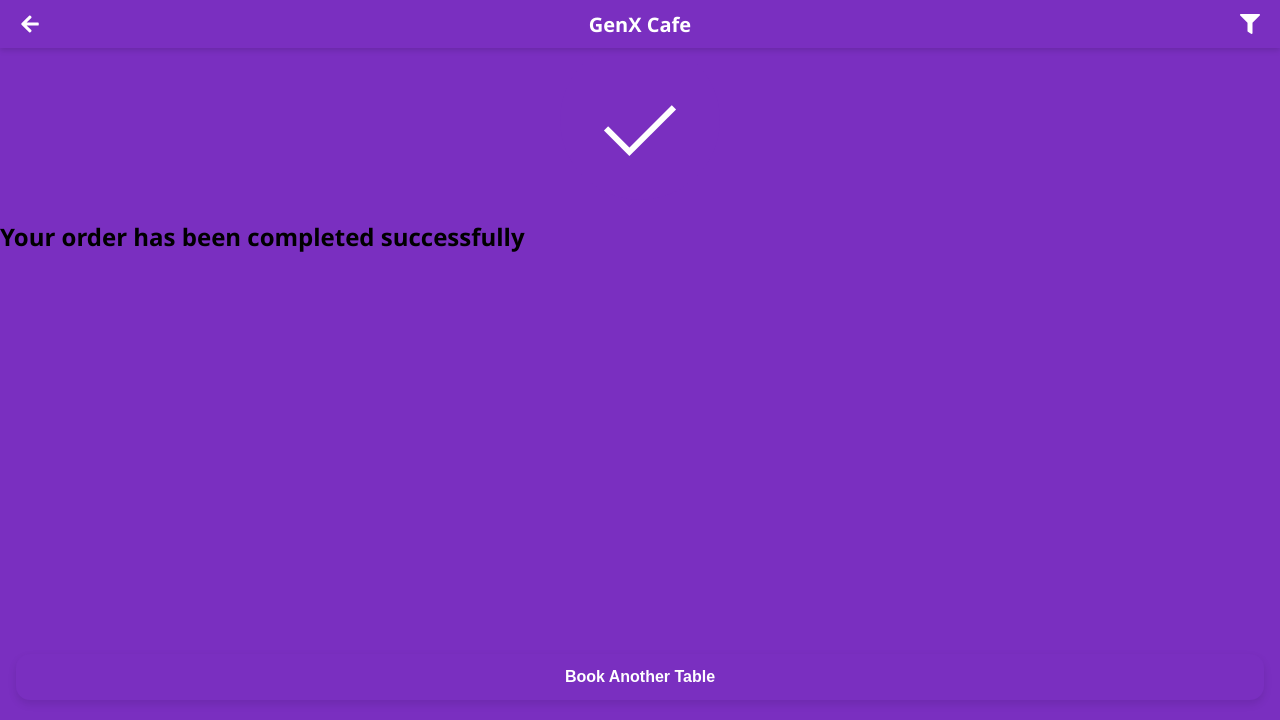
Repository: rajeshwaranslv/sturdy-spork-genx-frontend
Page: /success
An editor plug-in stored every save of this project. The page is shown before and after the next save, followed by the edit.
The browser window is 1280 px wide. The pictures show the whole page.
The project was rebuilt for these pictures with package versions that can differ from the ones it lists, and the page was loaded fresh each time. Also part of the build but not shown: src/components/TableSelection.js, src/components/menu.css, src/components/MenuSelection.js, src/components/order.css, src/components/OrderReview.js, src/components/Billing.js.

Above is the page before, as saved 2025-07-16 17:15:53.

After the next save:
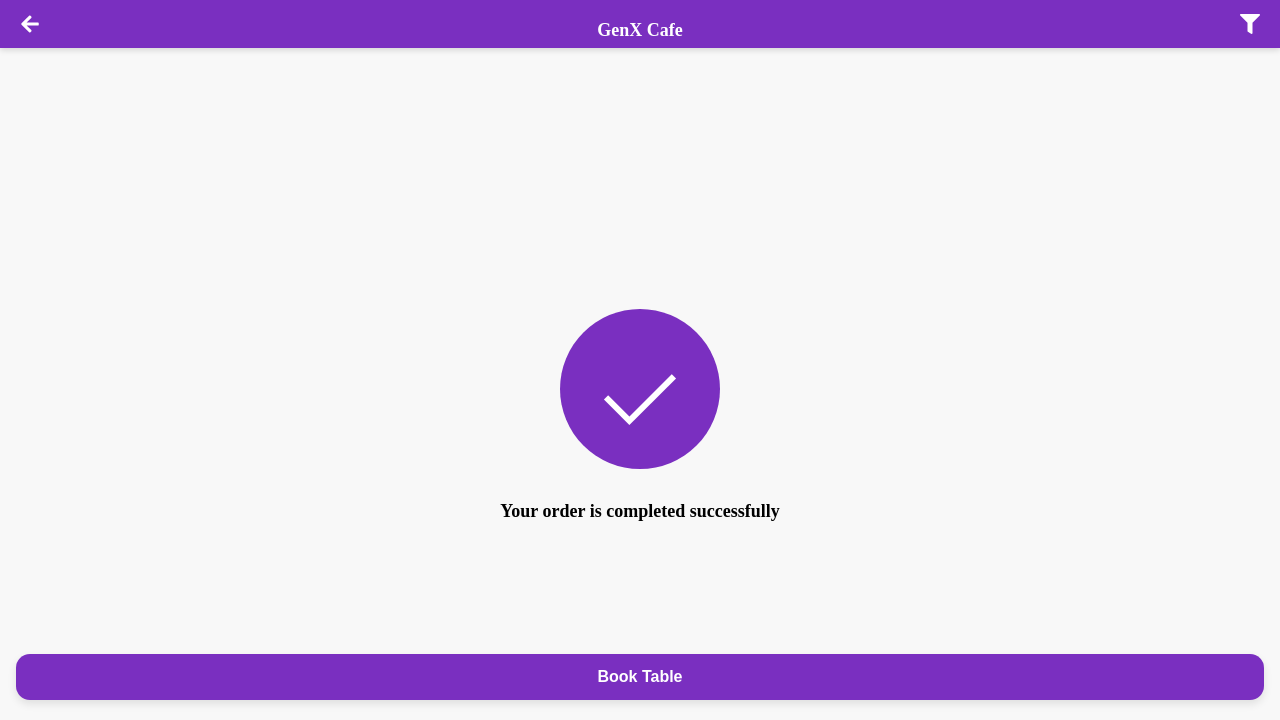
Saved 6 s later.
--- a/src/components/Success.js
+++ b/src/components/Success.js
@@ -1,8 +1,8 @@
 import React, { useEffect } from 'react';
 import { withRouter } from 'react-router-dom';
 import { updateTableStatus } from '../services/api';
-import { FaArrowLeft, FaFilter } from 'react-icons/fa';
-import './success.css'; // ✅ Use your shared styles
+import { FaArrowLeft, FaFilter } from 'react-icons/fa'; // ✅ Import icons
+import './success.css';
 
 function Success({ history, location }) {
   const tableId = location.state?.tableId;
@@ -10,33 +10,30 @@ function Success({ history, location }) {
   useEffect(() => {
     if (tableId) {
       updateTableStatus(tableId, { status: 'available' })
-        .then(() => console.log(`✅ Table ${tableId} marked available`))
-        .catch(err => console.error('❌ Failed to update table status:', err));
+        .then(() => console.log(`Table ${tableId} marked available ✅`))
+        .catch(err => console.error('Failed to update table status:', err));
     }
   }, [tableId]);
 
   return (
-    <div className="container-fluid success-wrapper">
-      {/* ✅ Sticky Header */}
-      <div className="header-bar">
-        <FaArrowLeft className="icon" onClick={() => history.push('/')} />
-        <h2>GenX Cafe</h2>
-        <FaFilter className="icon" />
-      </div>
+<div className="container success-page">
+  <div className="header-bar">
+    <FaArrowLeft className="icon" onClick={() => history.push('/')} />
+    <h2 className='header-h2'>GenX Cafe</h2>
+    <FaFilter className="icon" />
+  </div>
 
-      {/* ✅ Confirmation Block */}
-      <div className="confirmation-card">
-        <div className="checkmark-circle">
-          <div className="checkmark" />
-        </div>
-        <h2 className="success-message">Your order has been completed successfully</h2>
-      </div>
+  <div className="checkmark-circle">
+    <div className="checkmark" />
+  </div>
 
-      {/* ✅ Fixed CTA */}
-      <button className="footer-btn" onClick={() => history.push('/')}>
-        Book Another Table
-      </button>
-    </div>
+  <h2>Your order is completed successfully</h2>
+
+  <button className="footer-btn" onClick={() => history.push('/')}>
+    Book Table
+  </button>
+</div>
+
   );
 }
 
